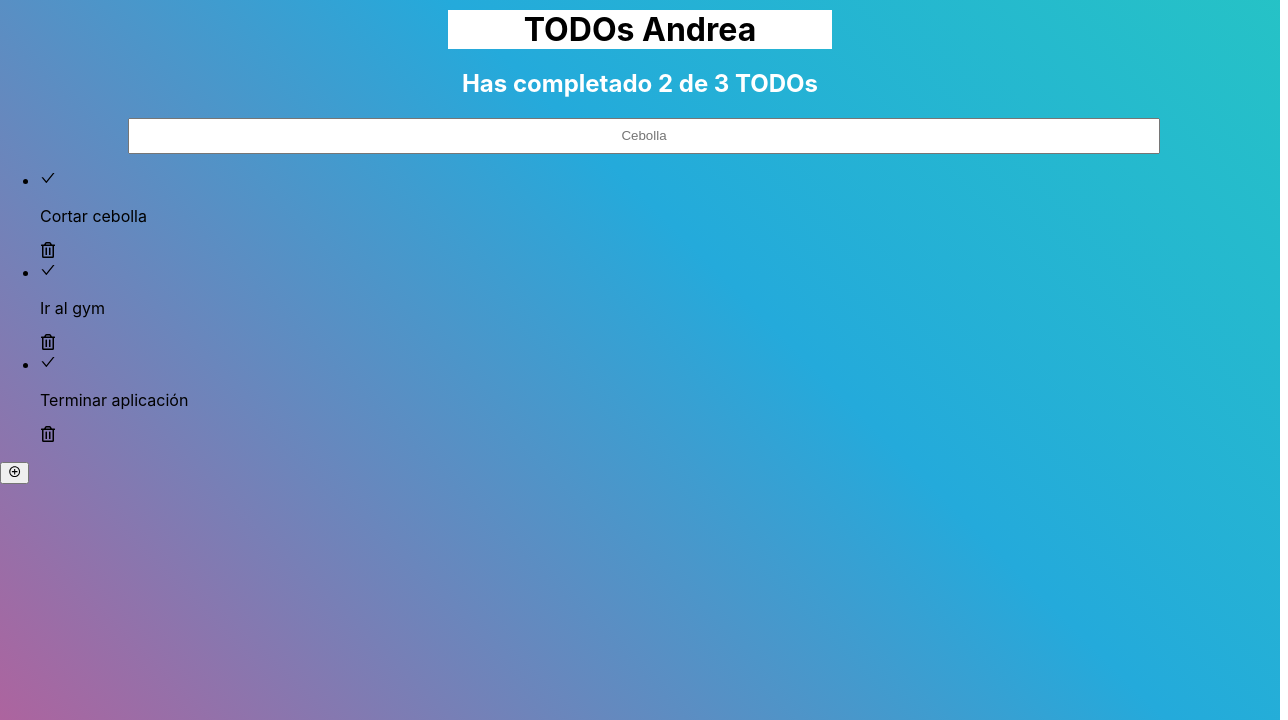
Repository: Pandrea-hub/TODOs
Page: /
These files come from the project's save history. The page is drawn as it stood at one moment and after the next save; the edit follows.
The browser window is 1280 px wide. The page is 1288 px wide, then 1280 px, so the pictures cover 1288 px, including what lies to the right of the window. The pictures show the whole page.
The project was rebuilt for these pictures with package versions that can differ from the ones it lists, and the page was loaded fresh each time. Also part of the build but not shown: src/TodoItem.css.

Above is the page before, as saved 2022-06-07 09:29:25.

After the next save:
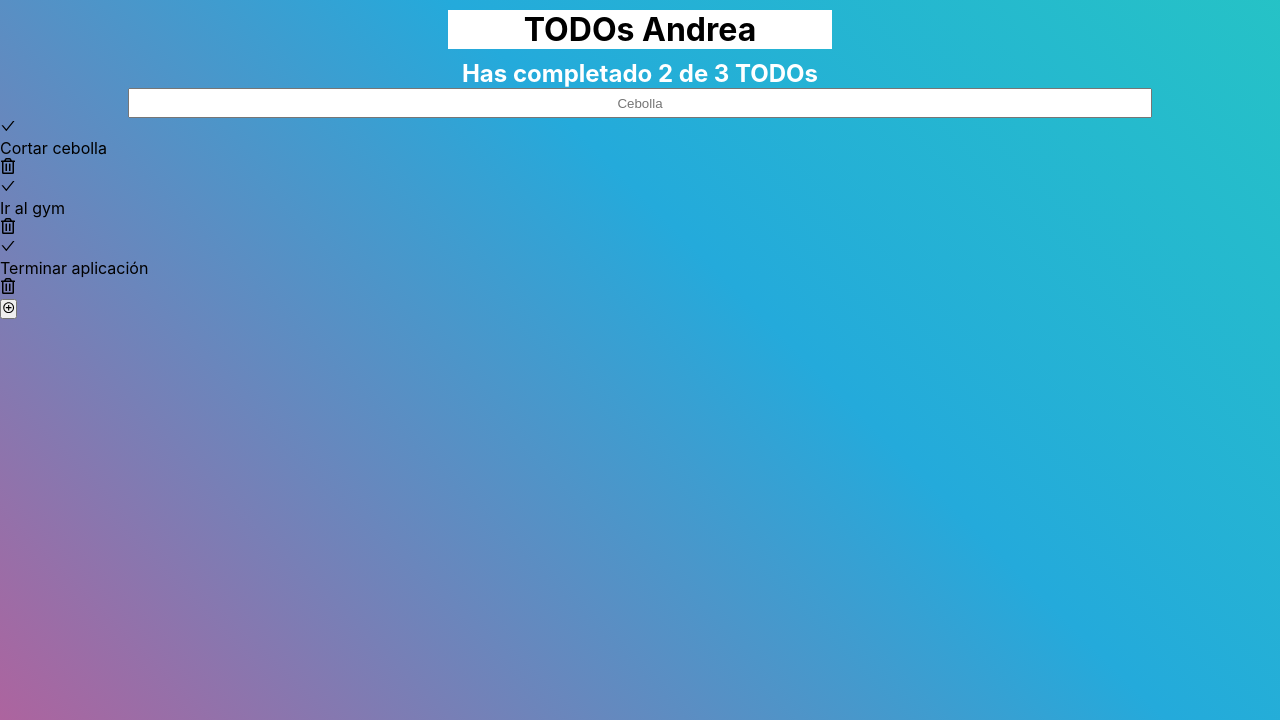
Saved 40 s later.
--- a/src/App.js
+++ b/src/App.js
@@ -1,4 +1,4 @@
-//import './App.css';
+import './App.css';
 import React from 'react';
 import { TodoCounter } from './TodoCounter';
 import { TodoItem } from './TodoItem';
